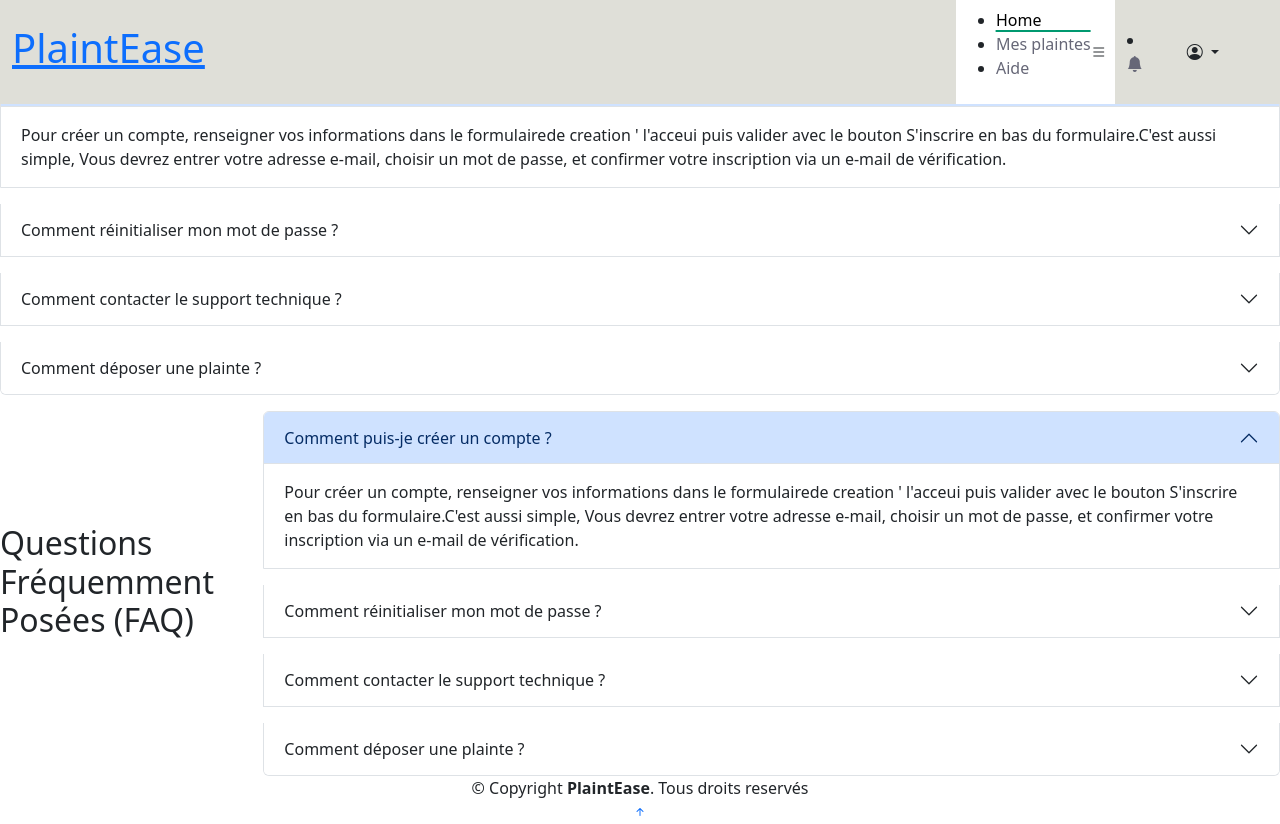
Repository: Senare1/PlaintEasy
Page: complaints/templates/complaints/aide.html
The author's editor kept a copy of each file at every save. The page is drawn from the files as they stood at one save, then again after the next save.
The browser window is 1280 px wide. The pictures show the whole page.
Some web libraries are served in a nearby version. The template is drawn by Django 4.2. The application's start-up code is not run. Other server files are loaded and not shown. The template is opened directly, without the code that normally fills it, so the values that code supplies are empty.

Above is the page before, as saved 2024-08-11 05:53:19.
Console error: ReferenceError: Swiper is not defined

### complaints/templates/complaints/aide.html
{% load static %}
<!DOCTYPE html>
<html lang="en">

<head>
  <meta charset="utf-8">
  <meta content="width=device-width, initial-scale=1.0" name="viewport">

  <title>Page d'accueil</title>

  <!-- Vendor CSS Files -->

  <link href="https://cdn.jsdelivr.net/npm/bootstrap@5.3.3/dist/css/bootstrap.min.css" rel="stylesheet" integrity="sha384-QWTKZyjpPEjISv5WaRU9OFeRpok6YctnYmDr5pNlyT2bRjXh0JMhjY6hW+ALEwIH" crossorigin="anonymous">
  <link href="https://cdnjs.cloudflare.com/ajax/libs/font-awesome/6.1.1/css/all.min.css" rel="stylesheet">
  <link rel="stylesheet" href="https://cdnjs.cloudflare.com/ajax/libs/bootstrap-icons/1.10.0/font/bootstrap-icons.min.css">
  <link rel="stylesheet" href="https://cdnjs.cloudflare.com/ajax/libs/font-awesome/5.15.3/css/all.min.css" />


  <!-- Template Main CSS File -->
  <link href="{% static 'complaints/css/style.css' %}" rel="stylesheet">

</head>

<body>

  <!-- ======= Header ======= -->
  <header id="header" class="fixed-top d-flex align-items-center " style="background-color:rgb(223, 223, 216);">
    <div class="container d-flex align-items-center justify-content-between ">

      <div class="logo">
        <h1><a href="{% url 'home' %}">PlaintEase</a></h1>
        <!-- Uncomment below if you prefer to use an image logo -->
        <!-- <a href="index.html"><img src="assets/img/logo.png" alt="" class="img-fluid"></a>-->
      </div>

      <nav id="navbar" class="navbar">
        <ul>
          <li><a class="nav-link scrollto active" href="{% url 'home' %}">Home</a></li>
          <li><a class="nav-link scrollto" href="{% url 'my_plaints' %}">Mes plaintes</a></li>
          <li><a class="nav-link scrollto" href="{% url 'help' %}">Aide</a></li>
        </ul>
        <i class="bi bi-list mobile-nav-toggle"></i>
      </nav><!-- .navbar -->
    </div>
    <li class="nav-item notification-icon">
      <a class="nav-link" href="#">
          <i class="bi bi-bell-fill "></i>
          <span class="badge">{{ number }}</span>
      </a>
    </li>
  <div class="dropdown me-5 ms-4">

    <button class="btn  dropdown-toggle " type="button" data-bs-toggle="dropdown" aria-expanded="false">
      <i class="bi bi-person-circle "></i>
    </button>
    <ul class="dropdown-menu">
      <li><a class="dropdown-item text-danger p-1" href="{% url 'logout' %}"><i class="fas fa-power-off px-1"></i>Logout</a></li>
    </ul>
  </div>
  </header>
<!-- En-tête de la page -->
    <!-- Section FAQ -->
    <section class="faq-section">
      <h2>Questions Fréquemment Posées (FAQ)</h2>
      <div class="accordion" id="faqAccordion">
        <!-- Question 1 -->
        <div class="accordion-item mt-3">
          <h2 class="accordion-header" id="headingOne">
            <button class="accordion-button" type="button" data-bs-toggle="collapse" data-bs-target="#collapseOne" aria-expanded="true" aria-controls="collapseOne">
              Comment puis-je créer un compte ?
            </button>
          </h2>
          <div id="collapseOne" class="accordion-collapse collapse show" aria-labelledby="headingOne" data-bs-parent="#faqAccordion">
            <div class="accordion-body">
              Pour créer un compte, renseigner vos informations dans le formulairede creation ' l'acceui puis valider avec le bouton S'inscrire en bas du formulaire.C'est aussi simple, Vous devrez entrer votre adresse e-mail, choisir un mot de passe, et confirmer votre inscription via un e-mail de vérification.
            </div>
          </div>
        </div>

        <!-- Question 2 -->
        <div class="accordion-item mt-3">
          <h2 class="accordion-header" id="headingTwo">
            <button class="accordion-button collapsed" type="button" data-bs-toggle="collapse" data-bs-target="#collapseTwo" aria-expanded="false" aria-controls="collapseTwo">
              Comment réinitialiser mon mot de passe ?
            </button>
          </h2>
          <div id="collapseTwo" class="accordion-collapse collapse" aria-labelledby="headingTwo" data-bs-parent="#faqAccordion">
            <div class="accordion-body">
              Pour réinitialiser votre mot de passe, cliquez sur "Mot de passe oublié ?" sur la page de connexion. Suivez les instructions pour recevoir un e-mail avec un lien de réinitialisation.
            </div>
          </div>
        </div>

        <!-- Question 3 -->
        <div class="accordion-item mt-3">
          <h2 class="accordion-header" id="headingThree">
            <button class="accordion-button collapsed" type="button" data-bs-toggle="collapse" data-bs-target="#collapseThree" aria-expanded="false" aria-controls="collapseThree">
              Comment contacter le support technique ?
            </button>
          </h2>
          <div id="collapseThree" class="accordion-collapse collapse" aria-labelledby="headingThree" data-bs-parent="#faqAccordion">
            <div class="accordion-body">
              Vous pouvez contacter notre support technique en utilisant le formulaire de contact disponible dans la section "Contactez-nous" de notre site en bas de cette page.
            </div>
          </div>
        </div>

        <!-- Question 4 -->
        <div class="accordion-item mt-3">
          <h2 class="accordion-header" id="headingFour">
            <button class="accordion-button collapsed" type="button" data-bs-toggle="collapse" data-bs-target="#collapseFour" aria-expanded="false" aria-controls="collapseFour">
              Comment déposer une plainte ?
            </button>
          </h2>
          <div id="collapseFour" class="accordion-collapse collapse" aria-labelledby="headingFour" data-bs-parent="#faqAccordion">
            <div class="accordion-body">
              <p>Pour déposer une plainte, veuillez suivre ces étapes :</p>
              <ol>
                <li><strong>Remplir le Formulaire :</strong> Accédez au formulaire de dépôt de plainte sur notre plateforme.</li>
                <li><strong>Décrire le Problème :</strong> Détaillez la situation ou le problème rencontré en fournissant toutes les informations nécessaires.</li>
                <li><strong>Soumettre :</strong> Envoyez le formulaire. Vous recevrez une confirmation de réception par e-mail.</li>
                <li><strong>Suivi :</strong> Notre équipe examinera votre plainte et vous contactera si nécessaire pour des informations complémentaires.</li>
              </ol>
              <p>Nous nous engageons à traiter toutes les plaintes avec sérieux et à vous fournir une réponse rapide.</p>
            </div>
          </div>
        </div>
      </div>
    </section>
  </div>

  <!-- Inclure les fichiers JavaScript de Bootstrap -->
  <script src="https://cdn.jsdelivr.net/npm/bootstrap@5.3.3/dist/js/bootstrap.bundle.min.js" integrity="sha384-YvpcrYf0tY3lHB60NNkmXc5s9fDVZLESaAA55NDzOxhy9GkcIdslK1eN7N6jIeHz" crossorigin="anonymous"></script>
  <!-- Template Main JS File -->
  <script src="{% static 'complaints/js/main.js' %}"></script>

</body>

</html>


{% load static %}
<!DOCTYPE html>
<html lang="en">

<head>
  <meta charset="utf-8">
  <meta content="width=device-width, initial-scale=1.0" name="viewport">

  <title>Page d'accueil</title>

  <!-- Vendor CSS Files -->

  <link href="https://cdn.jsdelivr.net/npm/bootstrap@5.3.3/dist/css/bootstrap.min.css" rel="stylesheet" integrity="sha384-QWTKZyjpPEjISv5WaRU9OFeRpok6YctnYmDr5pNlyT2bRjXh0JMhjY6hW+ALEwIH" crossorigin="anonymous">
  <link href="https://cdnjs.cloudflare.com/ajax/libs/font-awesome/6.1.1/css/all.min.css" rel="stylesheet">
  <link rel="stylesheet" href="https://cdnjs.cloudflare.com/ajax/libs/bootstrap-icons/1.10.0/font/bootstrap-icons.min.css">
  <link rel="stylesheet" href="https://cdnjs.cloudflare.com/ajax/libs/font-awesome/5.15.3/css/all.min.css" />


  <!-- Template Main CSS File -->
  <link href="{% static 'complaints/css/style.css' %}" rel="stylesheet">

</head>

<body>

  <!-- ======= Header ======= -->
  <header id="header" class="fixed-top d-flex align-items-center " style="background-color:rgb(223, 223, 216);">
    <div class="container d-flex align-items-center justify-content-between ">

      <div class="logo">
        <h1><a href="{% url 'home' %}">PlaintEase</a></h1>
        <!-- Uncomment below if you prefer to use an image logo -->
        <!-- <a href="index.html"><img src="assets/img/logo.png" alt="" class="img-fluid"></a>-->
      </div>

      <nav id="navbar" class="navbar">
        <ul>
          <li><a class="nav-link scrollto active" href="{% url 'home' %}">Home</a></li>
          <li><a class="nav-link scrollto" href="{% url 'my_plaints' %}">Mes plaintes</a></li>
          <li><a class="nav-link scrollto" href="{% url 'help' %}">Aide</a></li>
        </ul>
        <i class="bi bi-list mobile-nav-toggle"></i>
      </nav><!-- .navbar -->
    </div>
    <li class="nav-item notification-icon">
      <a class="nav-link" href="#">
          <i class="bi bi-bell-fill "></i>
          <span class="badge">{{ number }}</span>
      </a>
    </li>
  <div class="dropdown me-5 ms-4">

    <button class="btn  dropdown-toggle " type="button" data-bs-toggle="dropdown" aria-expanded="false">
      <i class="bi bi-person-circle "></i>
    </button>
    <ul class="dropdown-menu">
      <li><a class="dropdown-item text-danger" href="{% url 'logout' %}"><i class="fas fa-power-off px-1"></i>Logout</a></li>
    </ul>
  </div>
  </header><!-- End Header -->

  <!-- ======= Hero Section ======= -->
  <section id="hero" class="d-flex align-items-center faq-section">
      <h2>Questions Fréquemment Posées (FAQ)</h2>
      <div class="accordion" id="faqAccordion">
        <!-- Question 1 -->
        <div class="accordion-item mt-3">
          <h2 class="accordion-header" id="headingOne">
            <button class="accordion-button" type="button" data-bs-toggle="collapse" data-bs-target="#collapseOne" aria-expanded="true" aria-controls="collapseOne">
              Comment puis-je créer un compte ?
            </button>
          </h2>
          <div id="collapseOne" class="accordion-collapse collapse show" aria-labelledby="headingOne" data-bs-parent="#faqAccordion">
            <div class="accordion-body">
              Pour créer un compte, renseigner vos informations dans le formulairede creation ' l'acceui puis valider avec le bouton S'inscrire en bas du formulaire.C'est aussi simple, Vous devrez entrer votre adresse e-mail, choisir un mot de passe, et confirmer votre inscription via un e-mail de vérification.
            </div>
          </div>
        </div>

        <!-- Question 2 -->
        <div class="accordion-item mt-3">
          <h2 class="accordion-header" id="headingTwo">
            <button class="accordion-button collapsed" type="button" data-bs-toggle="collapse" data-bs-target="#collapseTwo" aria-expanded="false" aria-controls="collapseTwo">
              Comment réinitialiser mon mot de passe ?
            </button>
          </h2>
          <div id="collapseTwo" class="accordion-collapse collapse" aria-labelledby="headingTwo" data-bs-parent="#faqAccordion">
            <div class="accordion-body">
              Pour réinitialiser votre mot de passe, cliquez sur "Mot de passe oublié ?" sur la page de connexion. Suivez les instructions pour recevoir un e-mail avec un lien de réinitialisation.
            </div>
          </div>
        </div>

        <!-- Question 3 -->
        <div class="accordion-item mt-3">
          <h2 class="accordion-header" id="headingThree">
            <button class="accordion-button collapsed" type="button" data-bs-toggle="collapse" data-bs-target="#collapseThree" aria-expanded="false" aria-controls="collapseThree">
              Comment contacter le support technique ?
            </button>
          </h2>
          <div id="collapseThree" class="accordion-collapse collapse" aria-labelledby="headingThree" data-bs-parent="#faqAccordion">
            <div class="accordion-body">
              Vous pouvez contacter notre support technique en utilisant le formulaire de contact disponible dans la section "Contactez-nous" de notre site en bas de cette page.
            </div>
          </div>
        </div>

        <!-- Question 4 -->
        <div class="accordion-item mt-3">
          <h2 class="accordion-header" id="headingFour">
            <button class="accordion-button collapsed" type="button" data-bs-toggle="collapse" data-bs-target="#collapseFour" aria-expanded="false" aria-controls="collapseFour">
              Comment déposer une plainte ?
            </button>
          </h2>
          <div id="collapseFour" class="accordion-collapse collapse" aria-labelledby="headingFour" data-bs-parent="#faqAccordion">
            <div class="accordion-body">
              <p>Pour déposer une plainte, veuillez suivre ces étapes :</p>
              <ol>
                <li><strong>Remplir le Formulaire :</strong> Accédez au formulaire de dépôt de plainte sur notre plateforme.</li>
                <li><strong>Décrire le Problème :</strong> Détaillez la situation ou le problème rencontré en fournissant toutes les informations nécessaires.</li>
                <li><strong>Soumettre :</strong> Envoyez le formulaire. Vous recevrez une confirmation de réception par e-mail.</li>
                <li><strong>Suivi :</strong> Notre équipe examinera votre plainte et vous contactera si nécessaire pour des informations complémentaires.</li>
              </ol>
              <p>Nous nous engageons à traiter toutes les plaintes avec sérieux et à vous fournir une réponse rapide.</p>
            </div>
          </div>
        </div>
      </div>
  </section><!-- End Hero -->


  <!-- ======= Footer ======= -->
  <footer id="footer " class=" ">
    <div class="container">
      <div class="row d-flex align-items-center">
        <div class="col-lg-12 text-lg-left text-center">
          <div class="copyright">
            &copy; Copyright <strong>PlaintEase</strong>. Tous droits reservés
          </div>
        </div>

      </div>
    </div>
  </footer><!-- End Footer -->

  <a href="#" class="back-to-top d-flex align-items-center justify-content-center"><i
      class="bi bi-arrow-up-short"></i></a>

  <!-- Vendor JS Files -->
  <script src="https://cdn.jsdelivr.net/npm/bootstrap@5.3.3/dist/js/bootstrap.bundle.min.js" integrity="sha384-YvpcrYf0tY3lHB60NNkmXc5s9fDVZLESaAA55NDzOxhy9GkcIdslK1eN7N6jIeHz" crossorigin="anonymous"></script>
  <!-- Template Main JS File -->
  <script src="{% static 'complaints/js/main.js' %}"></script>

</body>

</html>

### complaints/static/complaints/css/style.css
.navbar{
    background-color: #fff;
    /*height: 80px;*/
    font-size: 16px;
    /*margin: 20px;
    border-radius: 40px;*/
    padding: 0.5rem;
}


.navbar-brand{
    color: #009970;
    font-weight: 500;
    font-size: 24px;
    transition: 0.3s color;
}
.logout-button{
    background-color: #990000;
    font-size: 14px;
    color: #fff;
    padding: 8px 20px;
    border-radius: 50px;
    text-decoration: none;
    transition: 0.3s background-color;
}

.logout-button:hover{
    background-color: #990000;
}

.navbar-toggler{
    border: none;
    font-size: 1.25rem;
}
.navbar-toggler:focus,.btn-close:focus{
    box-shadow: none;
    outline: none;
}

.nav-link{
    color: #666777;
    font-weight: 500;
    position: relative;
}

.nav-link:hover,.nav-link.active{
    color: #000;
}
@media(min-width:991px){
    .nav-link::before{
        content: "";
        position: absolute;
        bottom: 0;
        left: 50%;
        transform: translateX(-50%);
        width: 0;
        height: 2px;
        background-color: #009970;
        visibility: hidden;
        transition: 0.3s ease-in-out;
    }

    .nav-link:hover::before,.nav-link.nav-link.active::before{
        width: 100%;
        visibility: visible;
    }
}

.hero-section{
    background : url(../image/law.jpeg) no-repeat center;
    background-size: cover;
    width: 100%;
    height: 100vh;
    padding-top: 50px;
}

/* Contrôle de la barre de recherche*/
.search-form {
    border-radius: .10rem;
    padding: 0.3rem;
}
.search-input {
    border: none;
    box-shadow: none;
}
.search-input:focus {
    border: none;
    box-shadow: none;
    outline: none;
}
.search-button {
    border: none;
    box-shadow: none;
}
.search-button:focus {
    outline: none;
}

/* End footer*/

/* Start footer*/

.footer {
    background-color: #f8f9fa;
    padding: 2rem 0;
    border-top: 1px solid #e9ecef;
}
.footer a {
    color: #6c757d;
    text-decoration: none;
}
.footer a:hover {
    text-decoration: underline;
}
.social-icons a {
    margin: 0 0.5rem;
    color: #6c757d;
}
.social-icons a:hover {
    color: #495057;
}


/* End footer*/

Loaded but not shown: complaints/static/complaints/js/main.js (292 lines, source omitted)

After the next save:
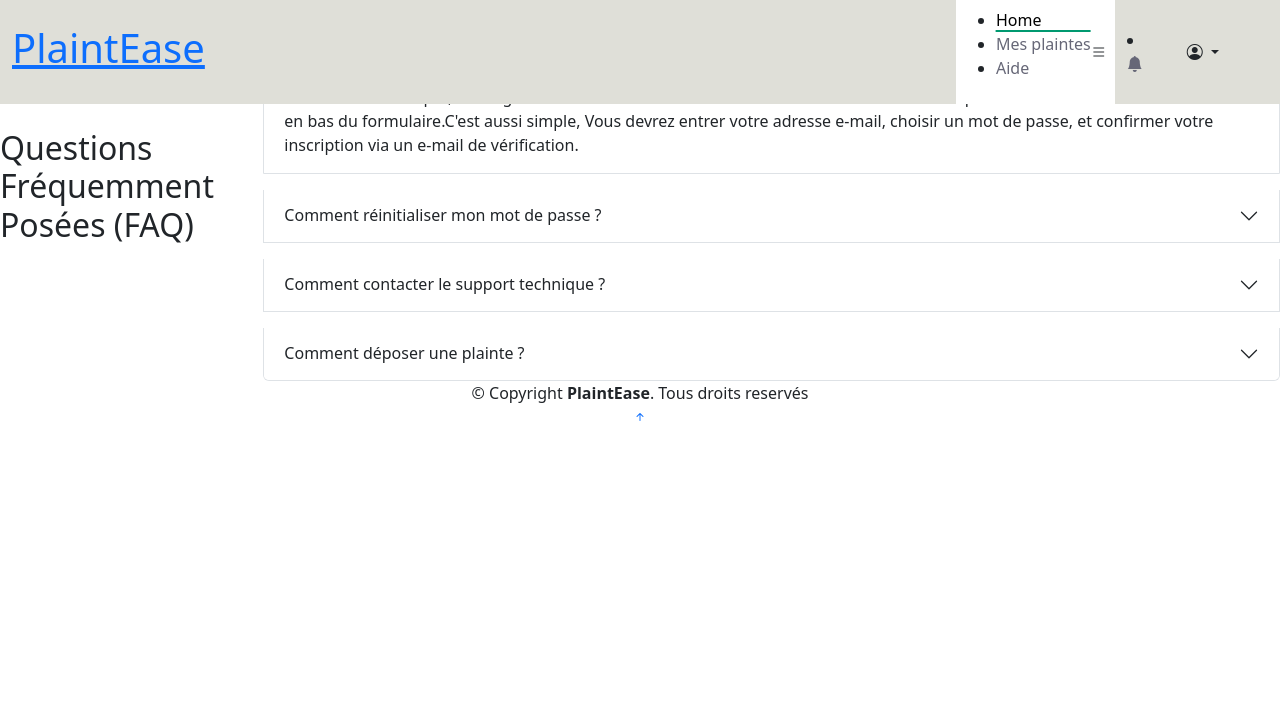
Saved 58 s later.
--- a/complaints/templates/complaints/aide.html
+++ b/complaints/templates/complaints/aide.html
@@ -1,143 +1,3 @@
-{% load static %}
-<!DOCTYPE html>
-<html lang="en">
-
-<head>
-  <meta charset="utf-8">
-  <meta content="width=device-width, initial-scale=1.0" name="viewport">
-
-  <title>Page d'accueil</title>
-
-  <!-- Vendor CSS Files -->
-
-  <link href="https://cdn.jsdelivr.net/npm/bootstrap@5.3.3/dist/css/bootstrap.min.css" rel="stylesheet" integrity="sha384-QWTKZyjpPEjISv5WaRU9OFeRpok6YctnYmDr5pNlyT2bRjXh0JMhjY6hW+ALEwIH" crossorigin="anonymous">
-  <link href="https://cdnjs.cloudflare.com/ajax/libs/font-awesome/6.1.1/css/all.min.css" rel="stylesheet">
-  <link rel="stylesheet" href="https://cdnjs.cloudflare.com/ajax/libs/bootstrap-icons/1.10.0/font/bootstrap-icons.min.css">
-  <link rel="stylesheet" href="https://cdnjs.cloudflare.com/ajax/libs/font-awesome/5.15.3/css/all.min.css" />
-
-
-  <!-- Template Main CSS File -->
-  <link href="{% static 'complaints/css/style.css' %}" rel="stylesheet">
-
-</head>
-
-<body>
-
-  <!-- ======= Header ======= -->
-  <header id="header" class="fixed-top d-flex align-items-center " style="background-color:rgb(223, 223, 216);">
-    <div class="container d-flex align-items-center justify-content-between ">
-
-      <div class="logo">
-        <h1><a href="{% url 'home' %}">PlaintEase</a></h1>
-        <!-- Uncomment below if you prefer to use an image logo -->
-        <!-- <a href="index.html"><img src="assets/img/logo.png" alt="" class="img-fluid"></a>-->
-      </div>
-
-      <nav id="navbar" class="navbar">
-        <ul>
-          <li><a class="nav-link scrollto active" href="{% url 'home' %}">Home</a></li>
-          <li><a class="nav-link scrollto" href="{% url 'my_plaints' %}">Mes plaintes</a></li>
-          <li><a class="nav-link scrollto" href="{% url 'help' %}">Aide</a></li>
-        </ul>
-        <i class="bi bi-list mobile-nav-toggle"></i>
-      </nav><!-- .navbar -->
-    </div>
-    <li class="nav-item notification-icon">
-      <a class="nav-link" href="#">
-          <i class="bi bi-bell-fill "></i>
-          <span class="badge">{{ number }}</span>
-      </a>
-    </li>
-  <div class="dropdown me-5 ms-4">
-
-    <button class="btn  dropdown-toggle " type="button" data-bs-toggle="dropdown" aria-expanded="false">
-      <i class="bi bi-person-circle "></i>
-    </button>
-    <ul class="dropdown-menu">
-      <li><a class="dropdown-item text-danger p-1" href="{% url 'logout' %}"><i class="fas fa-power-off px-1"></i>Logout</a></li>
-    </ul>
-  </div>
-  </header>
-<!-- En-tête de la page -->
-    <!-- Section FAQ -->
-    <section class="faq-section">
-      <h2>Questions Fréquemment Posées (FAQ)</h2>
-      <div class="accordion" id="faqAccordion">
-        <!-- Question 1 -->
-        <div class="accordion-item mt-3">
-          <h2 class="accordion-header" id="headingOne">
-            <button class="accordion-button" type="button" data-bs-toggle="collapse" data-bs-target="#collapseOne" aria-expanded="true" aria-controls="collapseOne">
-              Comment puis-je créer un compte ?
-            </button>
-          </h2>
-          <div id="collapseOne" class="accordion-collapse collapse show" aria-labelledby="headingOne" data-bs-parent="#faqAccordion">
-            <div class="accordion-body">
-              Pour créer un compte, renseigner vos informations dans le formulairede creation ' l'acceui puis valider avec le bouton S'inscrire en bas du formulaire.C'est aussi simple, Vous devrez entrer votre adresse e-mail, choisir un mot de passe, et confirmer votre inscription via un e-mail de vérification.
-            </div>
-          </div>
-        </div>
-
-        <!-- Question 2 -->
-        <div class="accordion-item mt-3">
-          <h2 class="accordion-header" id="headingTwo">
-            <button class="accordion-button collapsed" type="button" data-bs-toggle="collapse" data-bs-target="#collapseTwo" aria-expanded="false" aria-controls="collapseTwo">
-              Comment réinitialiser mon mot de passe ?
-            </button>
-          </h2>
-          <div id="collapseTwo" class="accordion-collapse collapse" aria-labelledby="headingTwo" data-bs-parent="#faqAccordion">
-            <div class="accordion-body">
-              Pour réinitialiser votre mot de passe, cliquez sur "Mot de passe oublié ?" sur la page de connexion. Suivez les instructions pour recevoir un e-mail avec un lien de réinitialisation.
-            </div>
-          </div>
-        </div>
-
-        <!-- Question 3 -->
-        <div class="accordion-item mt-3">
-          <h2 class="accordion-header" id="headingThree">
-            <button class="accordion-button collapsed" type="button" data-bs-toggle="collapse" data-bs-target="#collapseThree" aria-expanded="false" aria-controls="collapseThree">
-              Comment contacter le support technique ?
-            </button>
-          </h2>
-          <div id="collapseThree" class="accordion-collapse collapse" aria-labelledby="headingThree" data-bs-parent="#faqAccordion">
-            <div class="accordion-body">
-              Vous pouvez contacter notre support technique en utilisant le formulaire de contact disponible dans la section "Contactez-nous" de notre site en bas de cette page.
-            </div>
-          </div>
-        </div>
-
-        <!-- Question 4 -->
-        <div class="accordion-item mt-3">
-          <h2 class="accordion-header" id="headingFour">
-            <button class="accordion-button collapsed" type="button" data-bs-toggle="collapse" data-bs-target="#collapseFour" aria-expanded="false" aria-controls="collapseFour">
-              Comment déposer une plainte ?
-            </button>
-          </h2>
-          <div id="collapseFour" class="accordion-collapse collapse" aria-labelledby="headingFour" data-bs-parent="#faqAccordion">
-            <div class="accordion-body">
-              <p>Pour déposer une plainte, veuillez suivre ces étapes :</p>
-              <ol>
-                <li><strong>Remplir le Formulaire :</strong> Accédez au formulaire de dépôt de plainte sur notre plateforme.</li>
-                <li><strong>Décrire le Problème :</strong> Détaillez la situation ou le problème rencontré en fournissant toutes les informations nécessaires.</li>
-                <li><strong>Soumettre :</strong> Envoyez le formulaire. Vous recevrez une confirmation de réception par e-mail.</li>
-                <li><strong>Suivi :</strong> Notre équipe examinera votre plainte et vous contactera si nécessaire pour des informations complémentaires.</li>
-              </ol>
-              <p>Nous nous engageons à traiter toutes les plaintes avec sérieux et à vous fournir une réponse rapide.</p>
-            </div>
-          </div>
-        </div>
-      </div>
-    </section>
-  </div>
-
-  <!-- Inclure les fichiers JavaScript de Bootstrap -->
-  <script src="https://cdn.jsdelivr.net/npm/bootstrap@5.3.3/dist/js/bootstrap.bundle.min.js" integrity="sha384-YvpcrYf0tY3lHB60NNkmXc5s9fDVZLESaAA55NDzOxhy9GkcIdslK1eN7N6jIeHz" crossorigin="anonymous"></script>
-  <!-- Template Main JS File -->
-  <script src="{% static 'complaints/js/main.js' %}"></script>
-
-</body>
-
-</html>
-
 
 {% load static %}
 <!DOCTYPE html>
